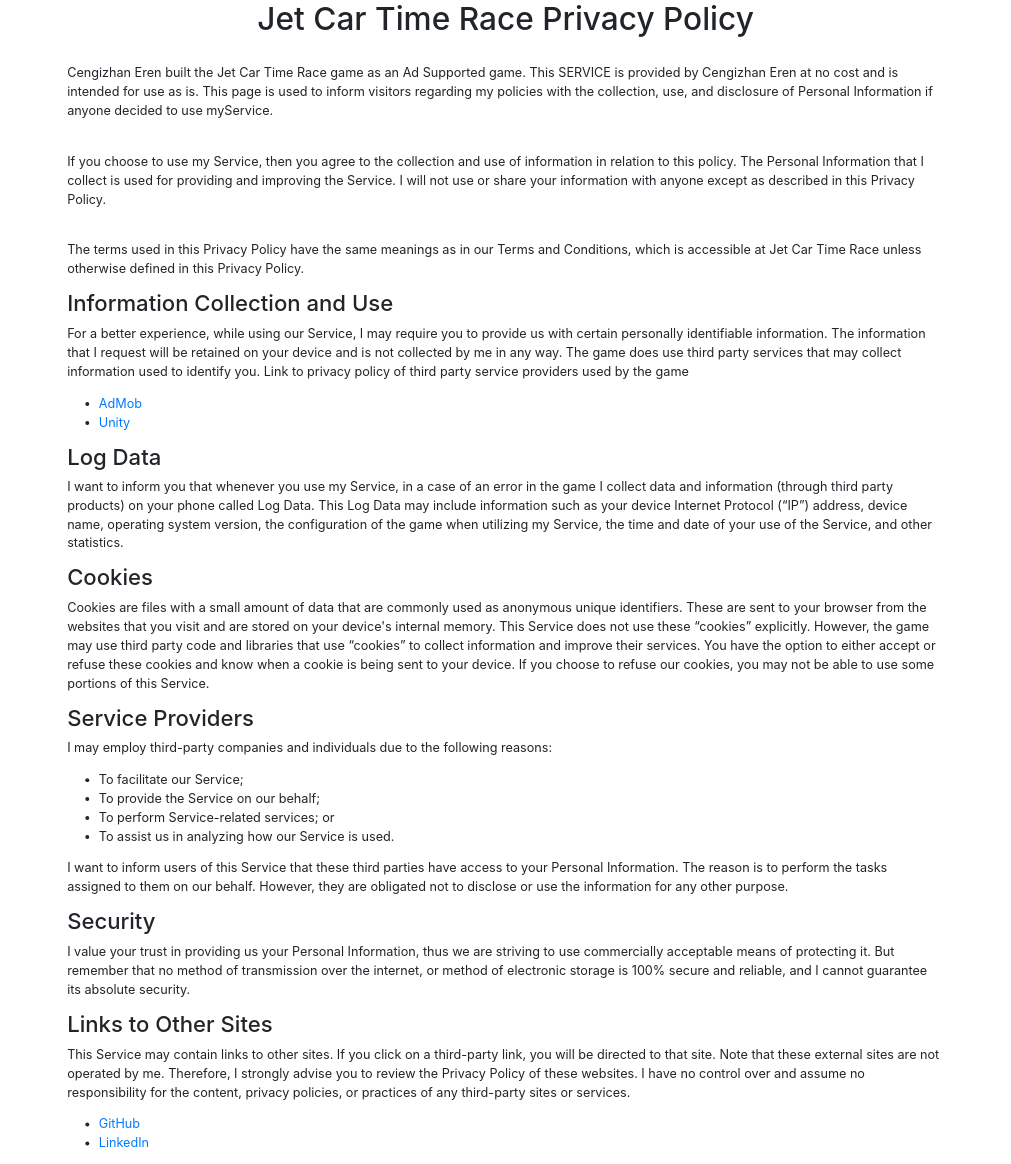
Repository: CengoCengo/cengocengo.github.io
Page: jetcartimeraceprivacypolicy.html
These files come from the project's save history. The page is drawn as it stood at one moment and after the next save; the edit follows.
The browser window is 1280 px wide. The pictures show the whole page, at 79% of full size.

Above is the page before, as saved 2022-10-11 14:48:03.

### jetcartimeraceprivacypolicy.html
<!DOCTYPE html>
<html lang="en">
<head>
    <meta charset="UTF-8">
    <meta http-equiv="X-UA-Compatible" content="IE=edge">
    <meta name="viewport" content="width=device-width, initial-scale=1, user-scalable=no">
    <link rel="stylesheet" href="https://cdn.jsdelivr.net/npm/bootstrap@4.3.1/dist/css/bootstrap.min.css" integrity="sha384-ggOyR0iXCbMQv3Xipma34MD+dH/1fQ784/j6cY/iJTQUOhcWr7x9JvoRxT2MZw1T" crossorigin="anonymous">

    <!-- <script>
        var firstClick = false
        document.onclick= function(event) {
            if(firstClick == false) {
                var audio = document.createElement("AUDIO")
                audio.setAttribute('id','audioId');
                document.body.appendChild(audio);
                audio.src = "startup.mp3"
                audio.play()
            }
            firstClick = true
        }
    </script> -->


    <title>Jet Car Time Race Privacy Policy</title>
</head>
<body>

    <body class="container">

			<div id="main">
				<!-- Header -->
					<header id="header">
						<h1 class ="text-center">  Jet Car Time Race Privacy Policy </h1>
                        <br>
        				<p>Cengizhan Eren built the Jet Car Time Race game as an Ad Supported game. This SERVICE is provided by Cengizhan Eren at no cost and is intended for use as is. This page is used to inform visitors regarding my policies with the collection, use, and disclosure of Personal Information if anyone decided to use myService.</p> <br>
                        <p>
                            If you choose to use my Service, then you agree to the collection and use of information in relation to this policy. The Personal Information that I
collect is used for providing and improving the Service. I will not use or share your information with anyone except as described in this Privacy Policy.
                        </p>    <br>

                        <p>
                            The terms used in this Privacy Policy have the same meanings as in our Terms and Conditions, which is accessible at Jet Car Time Race unless
otherwise defined in this Privacy Policy.
                        </p>

                        <h3 >
                            Information Collection and Use
                        </h3>

                        <p>
                            For a better experience, while using our Service, I may require you to provide us with certain personally identifiable information. The information that I
request will be retained on your device and is not collected by me in any way.
The game does use third party services that may collect information used to identify you.
Link to privacy policy of third party service providers used by the game
                        </p>

                        <ul>
                            <li><a href="https://support.google.com/admob/answer/6128543?hl=en" target="_blank" class="icon brands fa-github"><span>AdMob</span></a></li>
							<li><a href="https://unity.com/legal/privacy-policy" target="_blank" class="icon brands fa-linkedin"><span>Unity</span></a></li>
                        </ul>

                        <h3>Log Data</h3>
                        <p>
                            I want to inform you that whenever you use my Service, in a case of an error in the game I collect data and information (through third party products)
on your phone called Log Data. This Log Data may include information such as your device Internet Protocol (“IP”) address, device name, operating
system version, the configuration of the game when utilizing my Service, the time and date of your use of the Service, and other statistics.
                        </p>

                        <h3>Cookies</h3>
                        <p>
                            Cookies are files with a small amount of data that are commonly used as anonymous unique identifiers. These are sent to your browser from the
websites that you visit and are stored on your device's internal memory.
This Service does not use these “cookies” explicitly. However, the game may use third party code and libraries that use “cookies” to collect information
and improve their services. You have the option to either accept or refuse these cookies and know when a cookie is being sent to your device. If you
choose to refuse our cookies, you may not be able to use some portions of this Service.
                        </p>

                        <h3>Service Providers</h3>
                        <p>
                            I may employ third-party companies and individuals due to the following reasons:
                        </p>

                        <ul>
                            <li>To facilitate our Service;</li>
                            <li>To provide the Service on our behalf;</li>
                            <li>To perform Service-related services; or </li>
                            <li>To assist us in analyzing how our Service is used.

                         </ul>

                        <p>
                            I want to inform users of this Service that these third parties have access to your Personal Information. The reason is to perform the tasks assigned to
them on our behalf. However, they are obligated not to disclose or use the information for any other purpose.
                        </p>

                        <h3>
                            Security
                        </h3>
                        <p>
                            I value your trust in providing us your Personal Information, thus we are striving to use commercially acceptable means of protecting it. But remember
that no method of transmission over the internet, or method of electronic storage is 100% secure and reliable, and I cannot guarantee its absolute
security.
                        </p>

                        <h3>
                            Links to Other Sites
                        </h3>
                        <p>
                            This Service may contain links to other sites. If you click on a third-party link, you will be directed to that site. Note that these external sites are not
operated by me. Therefore, I strongly advise you to review the Privacy Policy of these websites. I have no control over and assume no responsibility for
the content, privacy policies, or practices of any third-party sites or services.
                        </p>




						<nav>
							<ul>
								<li><a href="https://github.com/cengocengo" target="_blank" class="icon brands fa-github"><span>GitHub</span></a></li>
								<li><a href="https://www.linkedin.com/in/cengizhan-eren" target="_blank" class="icon brands fa-linkedin"><span>LinkedIn</span></a></li>
							</ul>
						</nav>
					</header>
			</div>

        <script src="https://code.jquery.com/jquery-3.3.1.slim.min.js" integrity="sha384-q8i/X+965DzO0rT7abK41JStQIAqVgRVzpbzo5smXKp4YfRvH+8abtTE1Pi6jizo" crossorigin="anonymous"></script>
        <script src="https://cdn.jsdelivr.net/npm/popper.js@1.14.7/dist/umd/popper.min.js" integrity="sha384-UO2eT0CpHqdSJQ6hJty5KVphtPhzWj9WO1clHTMGa3JDZwrnQq4sF86dIHNDz0W1" crossorigin="anonymous"></script>
        <script src="https://cdn.jsdelivr.net/npm/bootstrap@4.3.1/dist/js/bootstrap.min.js" integrity="sha384-JjSmVgyd0p3pXB1rRibZUAYoIIy6OrQ6VrjIEaFf/nJGzIxFDsf4x0xIM+B07jRM" crossorigin="anonymous"></script>
</body>
</html>

After the next save:
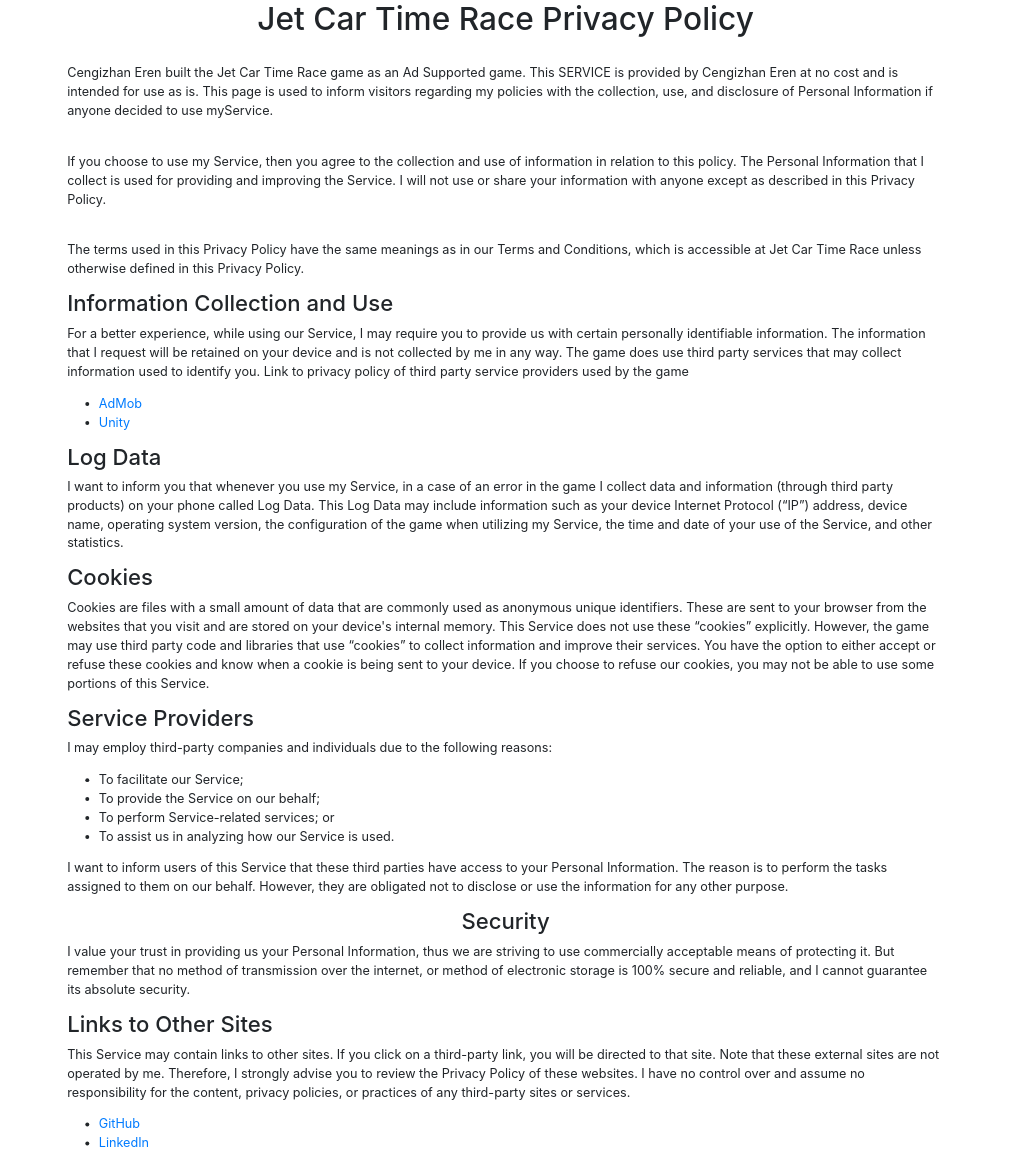
Saved 12 s later.
--- a/jetcartimeraceprivacypolicy.html
+++ b/jetcartimeraceprivacypolicy.html
@@ -93,7 +93,7 @@
 them on our behalf. However, they are obligated not to disclose or use the information for any other purpose.
                         </p>
 
-                        <h3>
+                        <h3 class="text-center">
                             Security
                         </h3>
                         <p>
